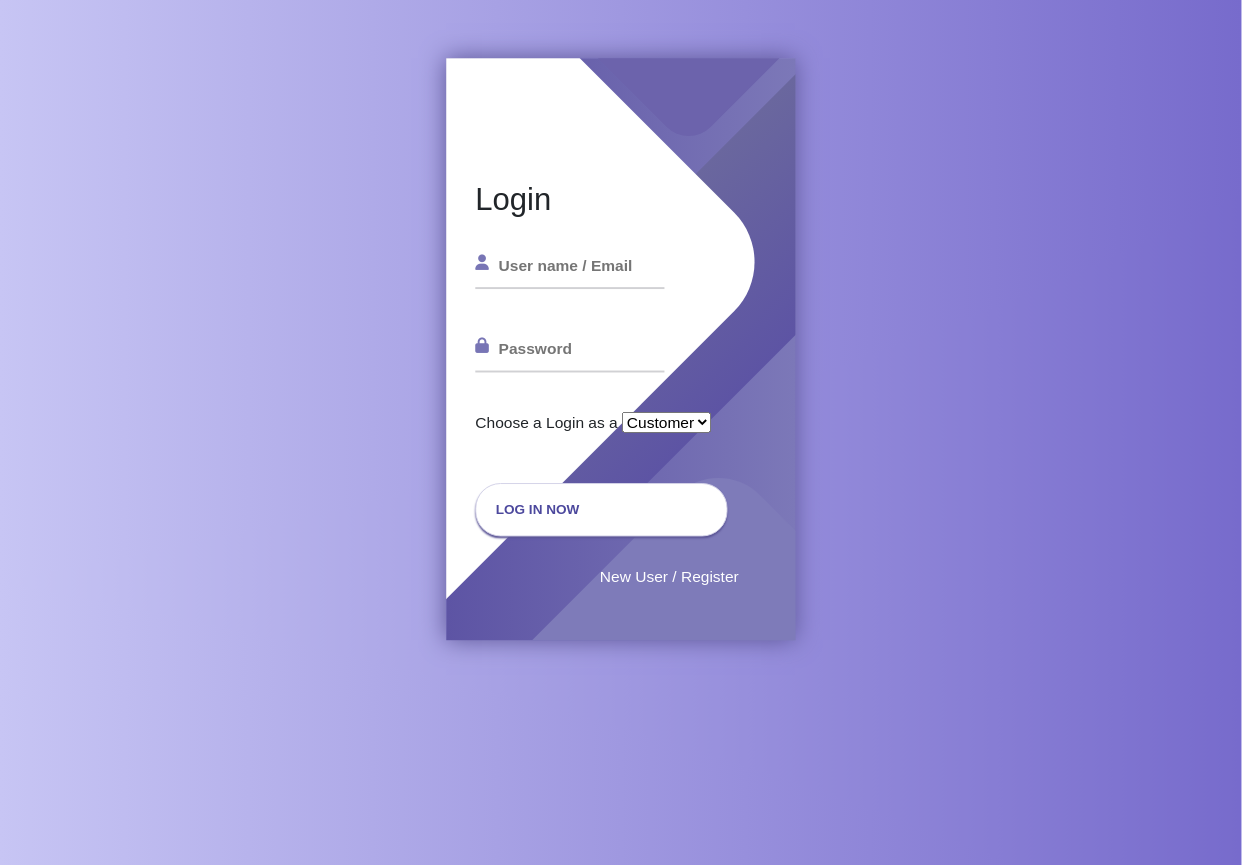
Repository: Raviraj39/SuperSaving-Online-Supermarket-Website
Page: http://localhost/Super_market/Login.jsp
An editor plug-in stored every save of this project. The page is shown before and after the next save, followed by the edit.
The browser window is 1280 px wide. The pictures show the whole page, at 97% of full size.
Some web fonts or font styles are not loaded; a fallback is used. The page is served by Tomcat 9.

Above is the page before, as saved 2023-12-26 10:46:00.

After the next save:
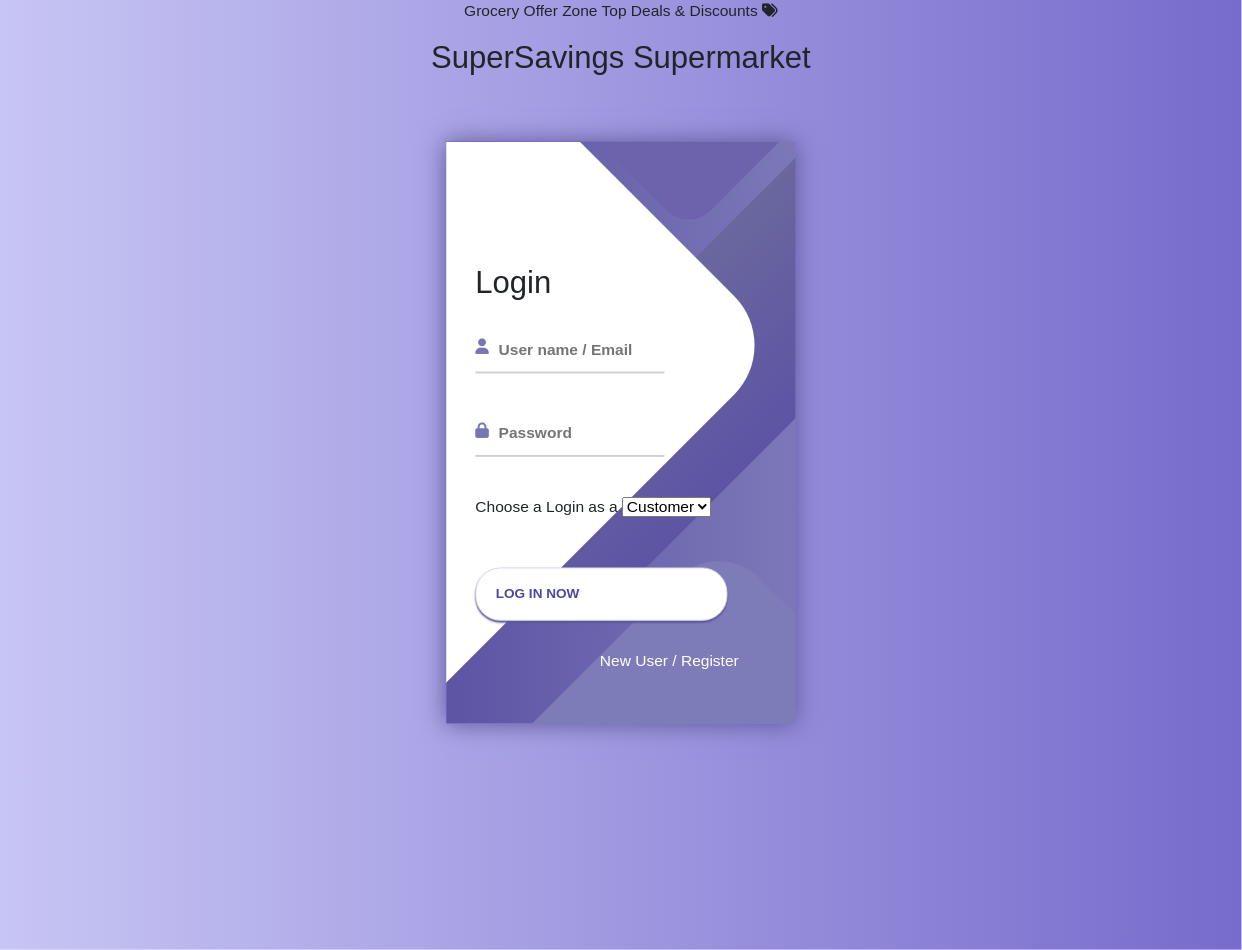
Saved 67 min 49 s later.
--- a/Super_market/src/main/webapp/Login.jsp
+++ b/Super_market/src/main/webapp/Login.jsp
@@ -10,6 +10,19 @@
 		integrity="sha384-rbsA2VBKQhggwzxH7pPCaAqO46MgnOM80zW1RWuH61DGLwZJEdK2Kadq2F9CUG65" crossorigin="anonymous">
 	</head>
 	<body>
+
+	<div class="text-center topbar ">
+		<p>Grocery Offer Zone Top Deals & Discounts <i class="fa-solid fa-tags"></i></p>
+	</div>
+	<div class="text-center ">
+		<h2 class="fonts">SuperSavings Supermarket </h2>
+	</div>
+
+
+
+
+
+
 		<div class="container">
 			<div class="screen">
 				<div class="screen__content">
